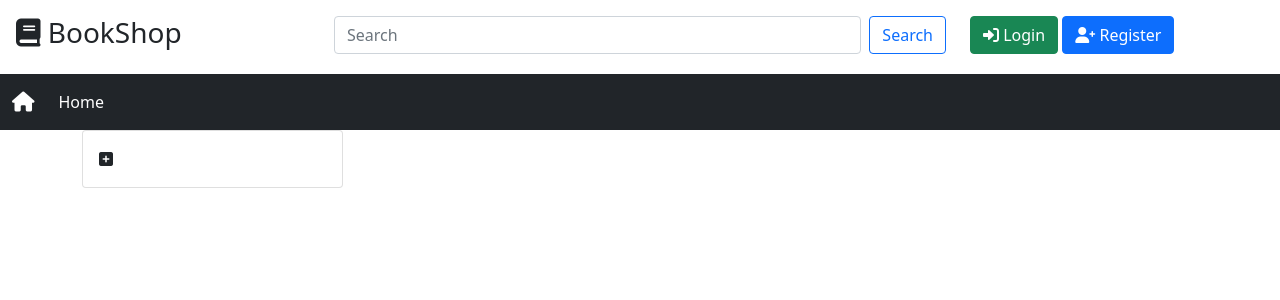
Repository: Abhishekverma23797/BookShopApp
Page: http://localhost/Ebook-App/Admin/home.jsp
An editor plug-in stored every save of this project. The page is shown before and after the next save, followed by the edit.
The browser window is 1280 px wide. The pictures show the whole page.
The page is served by Tomcat 9.

Above is the page before, as saved 2021-12-09 08:35:46.

After the next save:
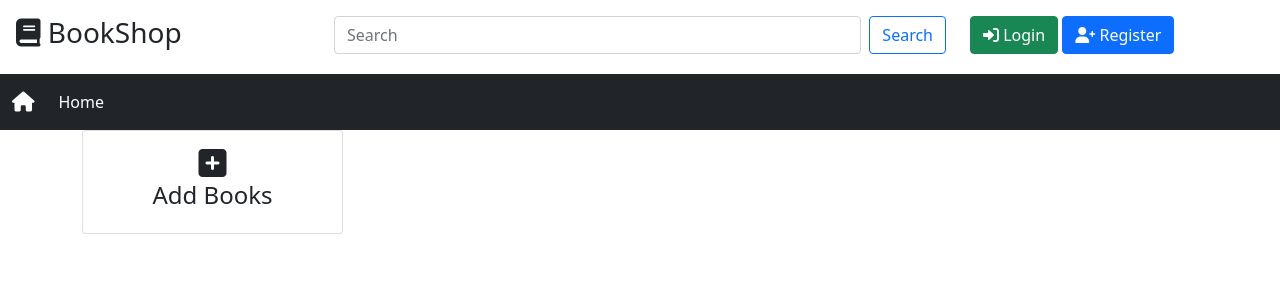
Saved 45 s later.
--- a/Ebook-App/src/main/webapp/Admin/home.jsp
+++ b/Ebook-App/src/main/webapp/Admin/home.jsp
@@ -19,8 +19,9 @@
 		<div class="col-md-3">
 
 			<div class="card">
-				<div class="card-body">
-					<i class="fas fa-plus-square"></i>
+				<div class="card-body text-center">
+					<i class="fas fa-plus-square fa-2x"></i><br>
+					<h4>Add Books</h4>
 				</div>
 			</div>
 
